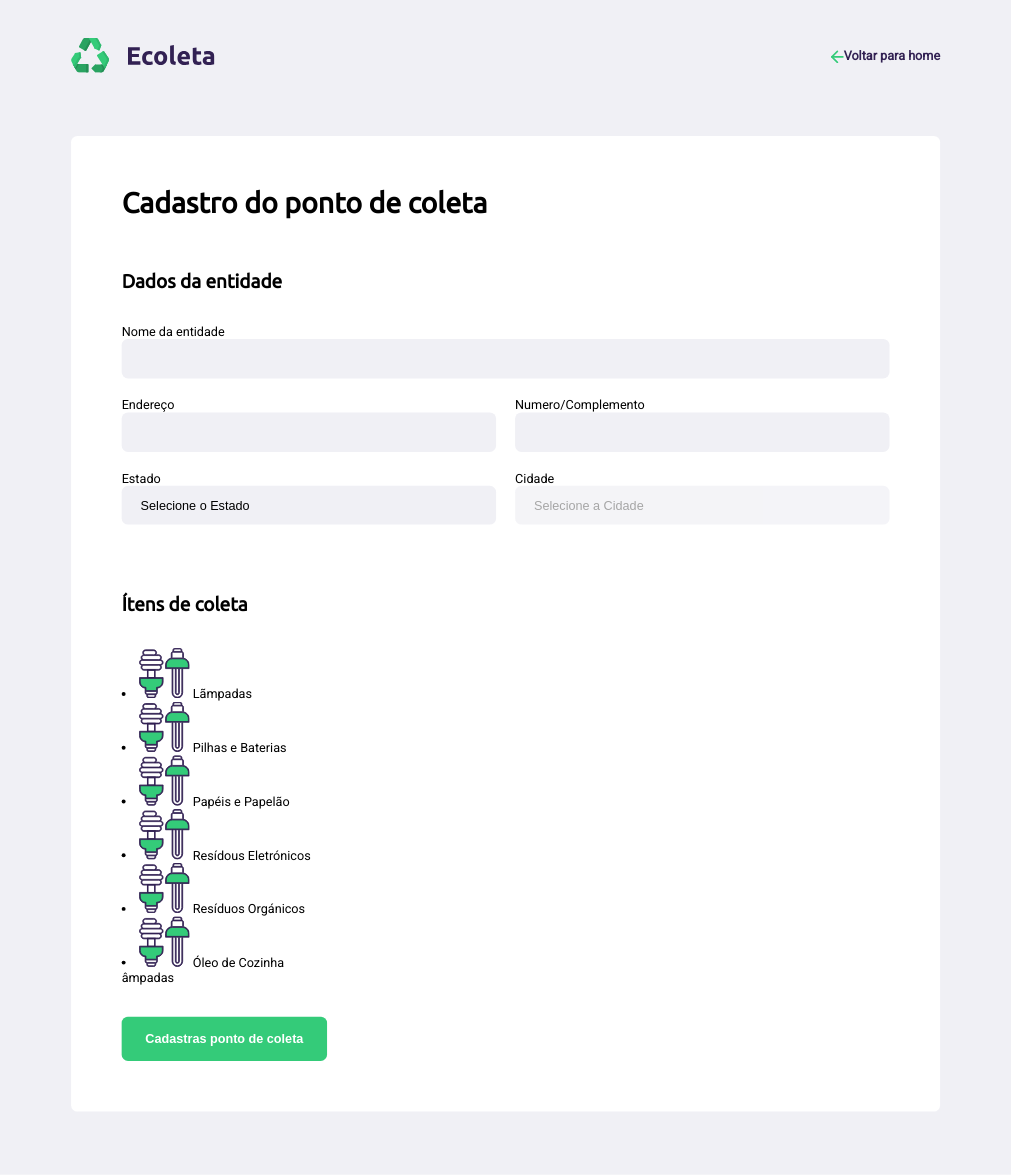
Repository: ivobass/NextLevelWeek
Page: create-point.html
These files come from the project's save history. The page is drawn as it stood at one moment and after the next save; the edit follows.
The browser window is 1280 px wide. The pictures show the whole page, at 79% of full size.
The page's requests for data from a server got no answer.

Above is the page before, as saved 2020-06-03 19:54:29.

### create-point.html
<!DOCTYPE html>
<html lang="pt">

<head>
    <meta charset="UTF-8">
    <!--aceita caracteres especiais-->
    <meta name="viewport" content="width=device-width, initial-scale=1.0">
    <title>Criar um ponto de Ecoleta</title>

    <link href="https://fonts.googleapis.com/css2?family=Roboto&family=Ubuntu:wght:wght@300;700&display=swap" rel="stylesheet">
    <link rel="stylesheet" href="/styles/main.css">
    <link rel="stylesheet" href="/styles/create-point.css">
    <link rel="stylesheet" href="/styles/responsive.css">

</head>

<body>

    <div id="page-create-point">

        <header>
            <img src="/assets/logo.svg " alt="logomarca">
            <a href=""><span></span>Voltar para home </a>

        </header>
        <form action="">
            <h1>Cadastro do ponto de coleta</h1>

            <fieldset>
                <legend>
                    <h2>Dados da entidade</h2>
                </legend>
                <div class="field">
                    <label for="">Nome da entidade</label>
                    <input type="text" name="name" required>
                </div>
                <div class="field-group">
                    <div class="field">
                        <label for="address">Endereço</label>
                        <input type="text" name="address" required>

                    </div>
                    <div class="field">
                        <label for="address">Numero/Complemento </label>
                        <input type="text" name="address2" required>
                    </div>
                </div>


                <div class="field-group">
                    <div class="field">
                        <label for="state">Estado </label>
                        <select name="uf">
                            <option value="">Selecione o Estado</option>
                        </select>
                        <input type="hidden" name="state" required>

                    </div>
                    <div class="field">
                        <label for="city">Cidade</label>
                        <select name="city" disabled required>
                            <option value="">Selecione a Cidade</option>
                        </select>

                    </div>

                </div>

            </fieldset>





            <fieldset>
                <legend>
                    <h2>Ítens de coleta</h2>
                </legend>

                <div class="items-grid">
                    <!-- basta escrever para o emmet:    li>img>span         e aparece  <li><img src="" alt="" class="spam"></li>     automatico -->
                    <li data-id="1">
                        <img src="/assets/lampadas.svg" alt="lampadas">
                        <span>Lãmpadas</span>
                    </li>
                    <li data-id="2">
                        <img src="/assets/lampadas.svg" alt="Pilhas e Baterias">
                        <span>Pilhas e Baterias</span>
                    </li>
                    <li data-id="3">
                        <img src="/assets/lampadas.svg" alt="Papéis e Papelão">
                        <span>Papéis e Papelão</span>
                    </li>
                    <li data-id="4">
                        <img src="/assets/lampadas.svg" alt="Resídous Eletrónicos">
                        <span>Resídous Eletrónicos</span>
                    </li>
                    <li data-id="5">
                        <img src="/assets/lampadas.svg" alt="Resíduos Orgánicos">
                        <span>Resíduos Orgánicos</span>
                    </li>
                    <li data-id="6">
                        <img src="/assets/lampadas.svg" alt="Óleo de Cozinha">
                        <span>Óleo de Cozinha</span>
                    </li>
                    âmpadas



                </div>



            </fieldset>

            <button type="submit">Cadastras ponto de coleta</button>

        </form>


    </div>


    <script src="/scripts/create-point.js"></script>

</body>

</html>

### styles/main.css
:root {
    --title-color: #322153;
    --primary-color: #34cb79;
}

* {
    margin: 0;
    padding: 0;
    box-sizing: border-box;
}

html {
    font-family: Roboto, sans-serif;
}

body {
    background-color: #f0f0f5;
    -webkit-font-smoothing: antialiased;
}

a {
    text-decoration: none;
}

h1,
h2,
h3,
h4,
h5,
h6 {
    --title-color: #322153;
    font-family: 'Ubuntu', sans-serif;
}


/* BOX MODEL
modelo de caixas
        toda caixa tem:
        largura, altura, espaçamento, prenchimento,
        bordas, cor, fundo, maneira como é vista por html (display)
posicionamento, alinhamentos.
        */

### styles/create-point.css
#page-create-point {
    width: 90%;
    max-width: 1100px;
    /* alinhamento da caixa por o lado de fora da caixa */
    /* height: 100%; */
    margin: 0 auto;
    /* display: flex;
    flex-direction: column; */
}

#page-create-point header {
    margin-top: 48px;
    display: flex;
    align-items: center;
    justify-content: space-between;
}

#page-create-point header a {
    display: flex;
    color: var( --title-color);
    font-weight: bold;
    align-items: center;
}

#page-create-point header a span {
    margin-left: 16px;
    display: flex;
    background-image: url('/assets/arrow-left.svg');
    display: flex;
    width: 20px;
    height: 20px;
}

form {
    background-color: white;
    margin: 80px auto;
    /* prenchimento */
    padding: 64px;
    border-radius: 8px;
    min-width: 730px;
}

form h1 {
    font-size: 36px;
}

form fieldset {
    margin-top: 64px;
    border: 0;
}

form legend {
    margin-bottom: 40px;
}

form legend h2 {
    font-size: 24px;
}

form .field {
    flex: 1;
    display: flex;
    flex-direction: column;
    margin-bottom: 24px;
}

form .field-group {
    display: flex;
}

form input,
form select {
    background-color: #f0f0f5;
    border: 0;
    padding: 16px 24px;
    font-size: 16px;
    border-radius: 8px;
    /* outline: 0;   retira o borde quando esta selecionado o campo */
}

form select {
    -webkit-appearance: none;
    -moz-appearance: none;
    appearance: none;
}

forma label {
    font-size: 14px;
    margin-bottom: 8px;
}

form .field-group .field+.field {
    margin-left: 24px;
}

form button {
    width: 260px;
    height: 56px;
    background-color: var(--primary-color);
    border-radius: 8px;
    color: white;
    font-weight: bold;
    font-size: 16px;
    border: 0;
    margin-top: 40px;
    transition: 400ms;
}

form button:hover {
    background-color: #2fb86e;
}

### styles/responsive.css
@media(max-width: 900px) {
    #page-home {
        background-position-x: 70vw;
    }
    #page-home .content {
        align-items: center;
        text-align: center;
    }
    #page-home header a {
        position: absolute;
        bottom: 48px;
        left: 50%;
        transform: translateX(-50%);
    }
    #page-home main {
        align-items: center;
    }
}

@media(min-width: 1700px) {
    #page-home {
        background-position-x: 40vw;
    }
}

@media(max-heigth: 760px) {
    #page-home {
        background-position-y: 1000px;
    }
}

### scripts/create-point.js
function populateUFs() {
    const ufSelect = document.querySelector("select[name=uf]")

    fetch("https://servicodados.ibge.gov.br/api/v1/localidades/estados")
        // .then( (res) => { return res.json() })   pode resumir o codigo quando tem so um valor (res)
        .then(res => res.json())
        .then(states => {

            for (const state of states) {
                ufSelect.innerHTML += `<option value="${state.id}">${state.nome}</option>`
            }
        })
}

populateUFs()


function getCities(event) {
    const citySelect = document.querySelector("select[name=city]")
    const stateInput = document.querySelector("input[name=state]")

    const ufValue = event.target.value

    const indexOfSelectedState = event.target.selectedIndex // akie pega o index ou indice do elemento selecionado dentro do conjunto
    stateInput.value = event.target.options[indexOfSelectedState].text



    const url = `https://servicodados.ibge.gov.br/api/v1/localidades/estados/${ufValue}/municipios`

    citySelect.innerHTML = "<option value>Selecione a Cidade</option>"
    citySelect.disabled = true

    fetch(url)
        // .then( (res) => { return res.json() })   pode resumir o codigo quando tem so um valor (res)
        .then(res => res.json())
        .then(cities => {
            for (const city of cities) {
                const citySelect = document.querySelector("[name=city]")
                citySelect.innerHTML += `<option value="${city.nome}">${city.nome}</option>`
            }
            citySelect.disabled = false
        })
}

// document.querySelector("select[name=uf]")
//     .addEventListener("change", () => {
//         addEventListener.log("mudei", getCities)
//     })

// depois fica assim:

document.querySelector("select[name=uf]")
    .addEventListener("change", getCities)

### assets/arrow-left.svg
<svg xmlns="http://www.w3.org/2000/svg" width="24" height="24" viewBox="0 0 24 24" fill="none" stroke="#34CB79" stroke-width="2" stroke-linecap="round" stroke-linejoin="round" class="feather feather-arrow-left"><line x1="19" y1="12" x2="5" y2="12"></line><polyline points="12 19 5 12 12 5"></polyline></svg>

After the next save:
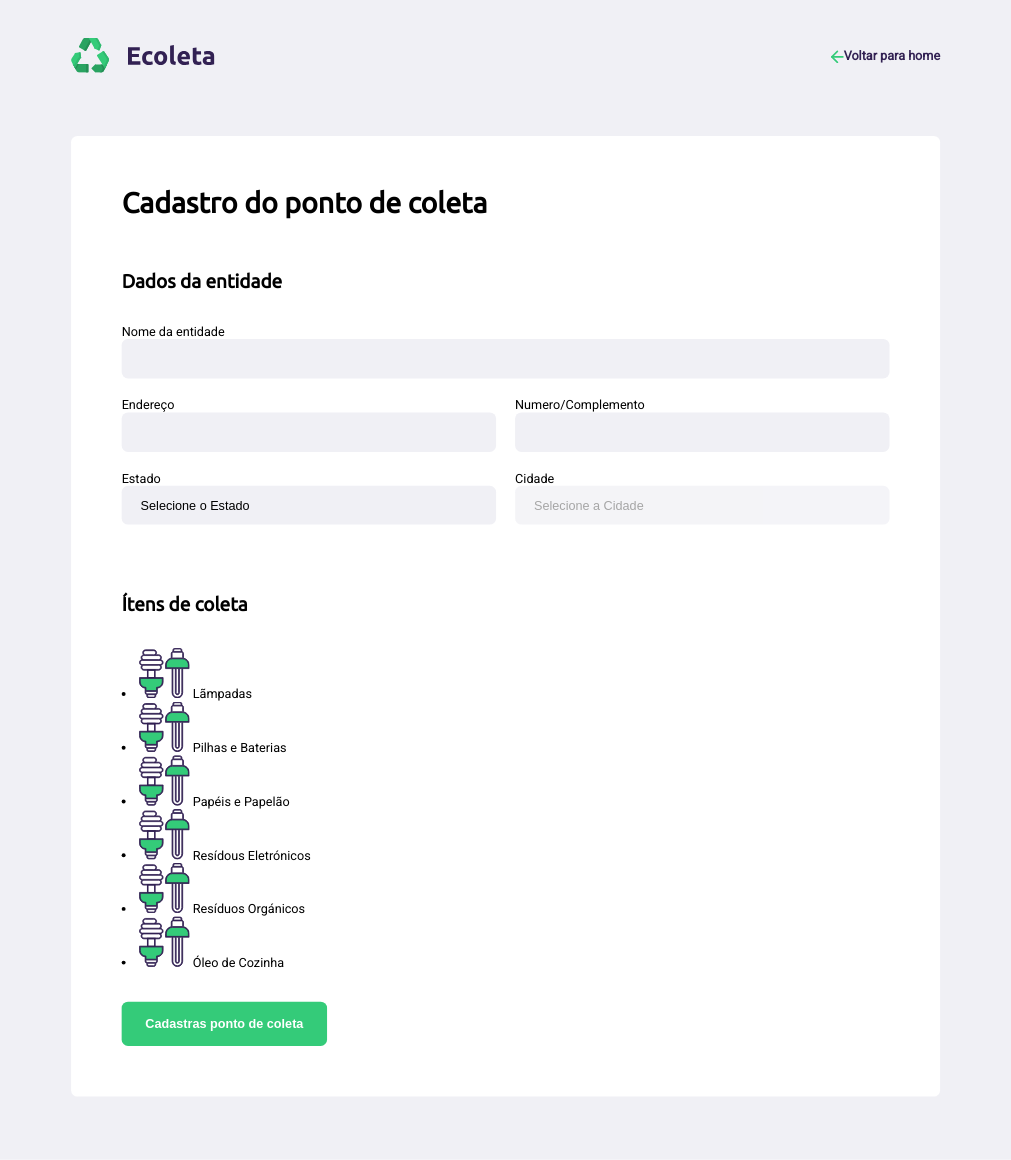
Saved 92 s later.
--- a/create-point.html
+++ b/create-point.html
@@ -79,6 +79,7 @@
 
                 <div class="items-grid">
                     <!-- basta escrever para o emmet:    li>img>span         e aparece  <li><img src="" alt="" class="spam"></li>     automatico -->
+                    <!-- seleciona a palavra com a tecla optoin e mantem carregado e depois command D e consegue escrever e subtituir as palavras selecionadas ao mesmo tempo. -->
                     <li data-id="1">
                         <img src="/assets/lampadas.svg" alt="lampadas">
                         <span>Lãmpadas</span>
@@ -103,13 +104,7 @@
                         <img src="/assets/lampadas.svg" alt="Óleo de Cozinha">
                         <span>Óleo de Cozinha</span>
                     </li>
-                    âmpadas
-
-
-
                 </div>
-
-
 
             </fieldset>
 
